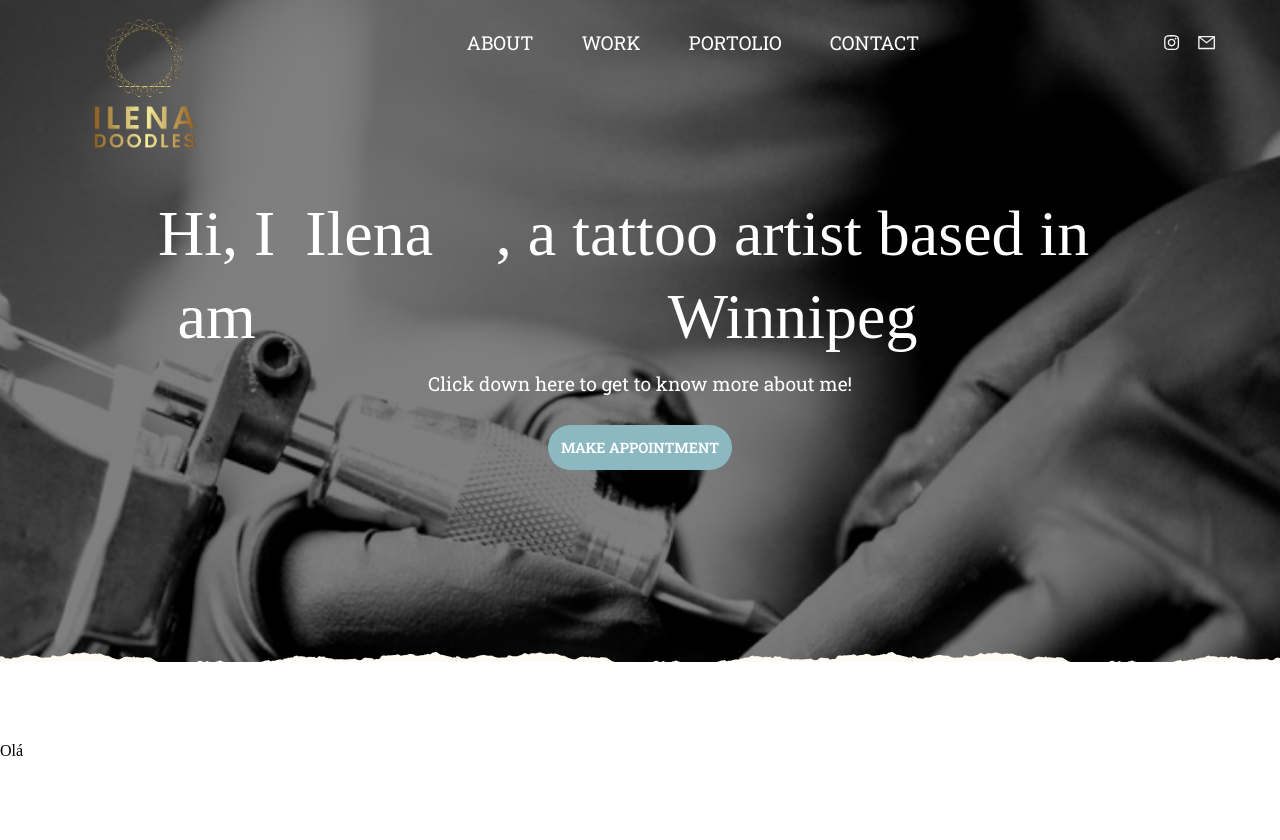
Repository: Leoka2000/Ilena
Page: /
An editor plug-in stored every save of this project. The page is shown before and after the next save, followed by the edit.
The browser window is 1280 px wide. The pictures show the whole page.
Some web fonts or font styles are not loaded; a fallback is used. The project was rebuilt for these pictures with package versions that can differ from the ones it lists, and the page was loaded fresh each time. Also part of the build but not shown: src/App.css.

Above is the page before, as saved 2023-03-02 13:00:44.

After the next save:
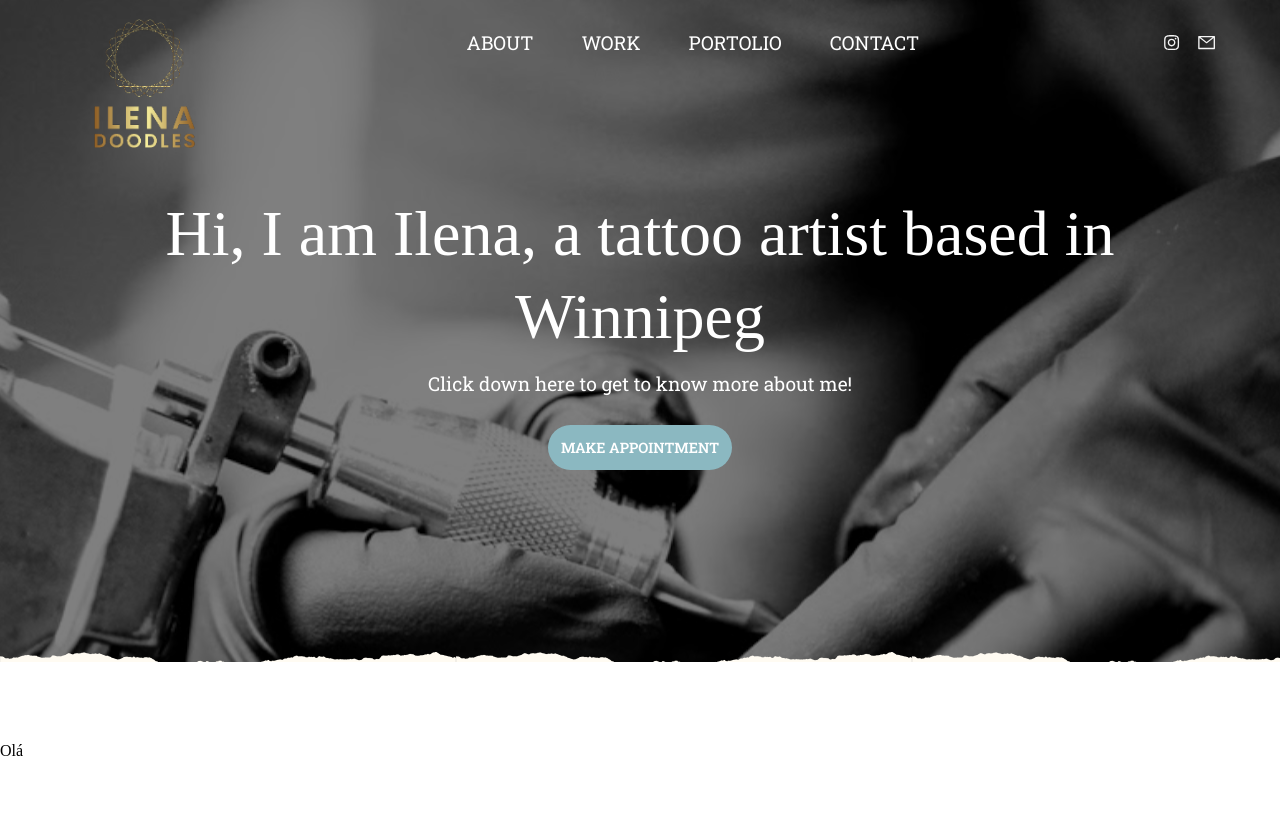
Saved 14 s later.
--- a/src/pages/hero/hero.js
+++ b/src/pages/hero/hero.js
@@ -4,7 +4,7 @@ import './hero.css'
 const hero = () => {
   return (
     <section className='hero-section'>
-      <h1>Hi, I am <h1> Ilena</h1>, a tattoo artist based in Winnipeg</h1>
+      <h1>Hi, I am Ilena, a tattoo artist based in Winnipeg</h1>
       <p>Click down here to get to know more about me!</p>
       <button>MAKE APPOINTMENT</button>
     </section>
